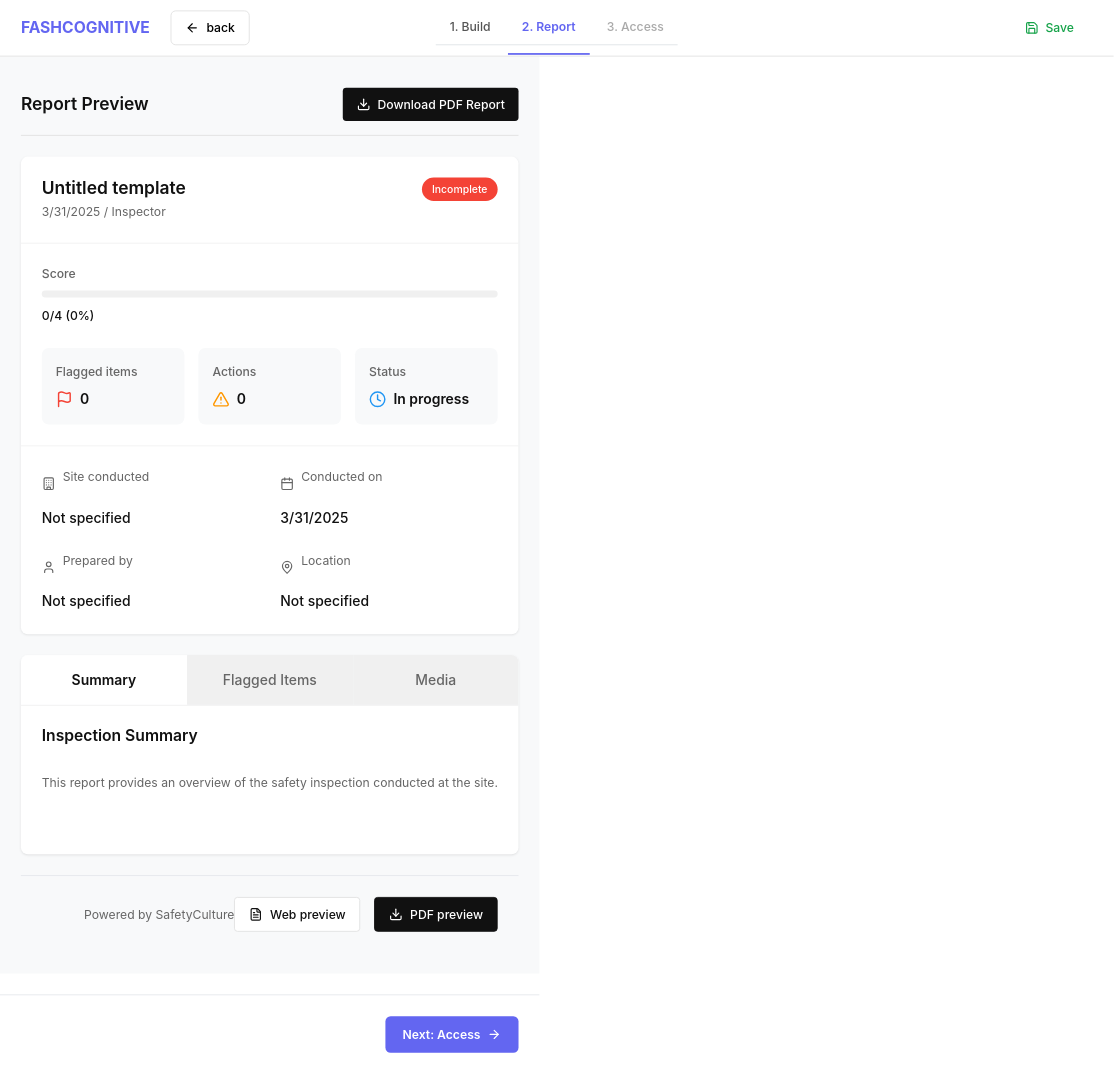
Repository: loganand612/fashcognitive-intern
Page: /ct (app in fash/), after clicking the first element matching `button.next-button`
These files come from the project's save history. The page is drawn as it stood at one moment and after the next save; the edit follows.
The browser window is 1280 px wide. The pictures show the whole page, at 87% of full size.
The project was rebuilt for these pictures with package versions that can differ from the ones it lists, and the page was loaded fresh each time. Also part of the build but not shown: fash/src/pages/Login.css, fash/src/pages/Register.css, fash/src/pages/Dashboard.css, fash/src/pages/Template.css, fash/src/pages/Home.tsx, fash/src/pages/Login.tsx, fash/src/pages/Register.tsx, fash/src/pages/Home2.tsx and 5 more. Imported but missing from the stored project, and not drawn on this page: fash/src/pages/assets/head1.mp4.

Above is the page before, as saved 2025-04-14 09:59:24.

After the next save:
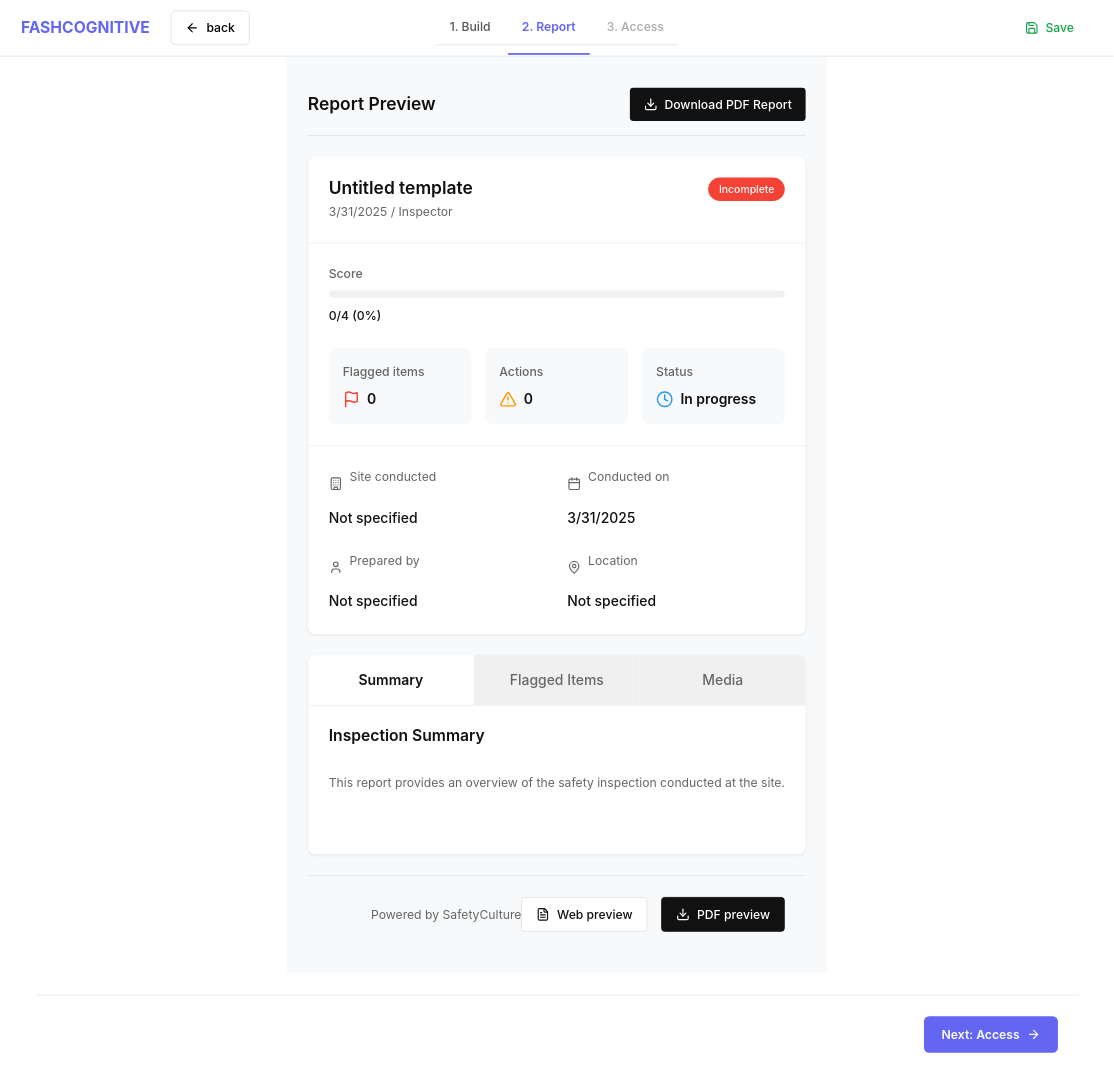
Saved 114 s later.
--- a/fash/src/components/TemplateBuilderLayout.css
+++ b/fash/src/components/TemplateBuilderLayout.css
@@ -5,6 +5,8 @@
   display: flex;
   flex-direction: column;
   height: 100%;
+  width: 100%;
+  align-items: center;
 }
 
 .report-footer, .access-footer {
@@ -13,6 +15,8 @@
   padding: 24px;
   border-top: 1px solid #e5e7eb;
   margin-top: 24px;
+  width: 100%;
+  max-width: 1200px;
 }
 .template-builder-container {
   display: flex;
